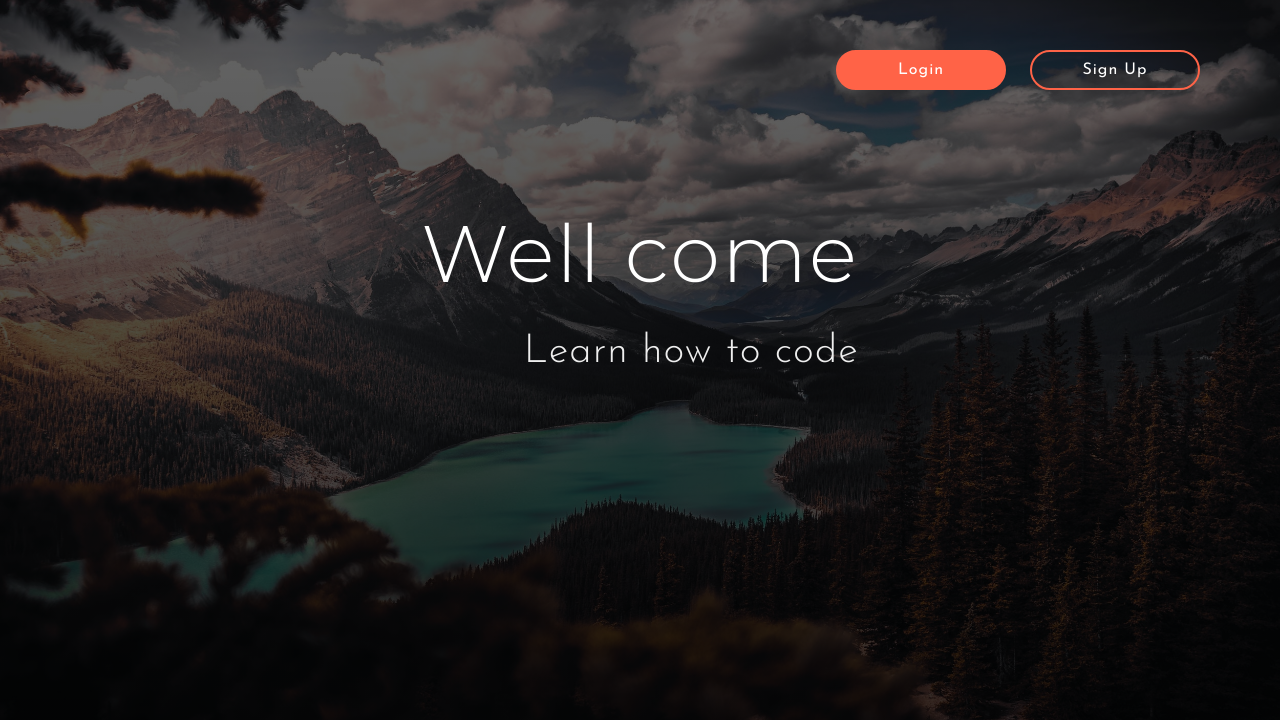
Repository: motamedipour2022/javascript_project
Page: model_form1/index.html
An editor plug-in stored every save of this project. The page is shown before and after a run of saves, followed by the edit.
The browser window is 1280 px wide. The pictures show the whole page.
Some web libraries are served in a nearby version.

Above is the page before, as saved 2022-12-20 12:13:15.

### model_form1/index.html
<!DOCTYPE html>
<html lang="en">
  <head>
    <meta charset="UTF-8" />
    <meta name="viewport" content="width=device-width, initial-scale=1.0" />
    <meta http-equiv="X-UA-Compatible" content="ie=edge" />
    <link
      rel="stylesheet"
      href="https://use.fontawesome.com/releases/v5.8.1/css/all.css"
      integrity="sha384-50oBUHEmvpQ+1lW4y57PTFmhCaXp0ML5d60M1M7uH2+nqUivzIebhndOJK28anvf"
      crossorigin="anonymous"
    />
    <link
      href="https://fonts.googleapis.com/css?family=Josefin+Sans:300,400,600|Montserrat:300,400,600"
      rel="stylesheet"
    />
    <link rel="stylesheet" href="style.css" />
    <title>Form</title>
  </head>
  <body>
    <div class="container">
      <div class="banner-text">
        <h1>Well come </h1>
        <p>Learn how to code</p>
      </div>
      <div class="btns">
        <button class="btn login-btn">Login</button>
        <button class="btn signup-btn">Sign Up</button>
      </div>
      <div class="form-container">
        <div class="signup-form-wrapper modal">
          <div class="x-btn signup-x">
            &times;
          </div>
          <div class="form-header">
            <h1>CodeAndCreate</h1>
            <h3>Join Us</h3>
          </div>
          <form class="form">
            <div class="input-group">
              <i class="fas fa-user"></i>
              <input type="text" placeholder="Username" />
            </div>
            <div class="input-group">
              <i class="far fa-envelope"></i>
              <input type="email" placeholder="Email" />
            </div>
            <div class="input-group">
              <i class="fas fa-key"></i>
              <input type="password" placeholder="Password" />
            </div>
            <button type="button">Sign Up</button>
          </form>
        </div>
        <div class="login-form-wrapper modal">
          <div class="x-btn login-x">
            &times;
          </div>
          <div class="form-header">
            <h1>CodeAndCreate</h1>
            <h3>Login</h3>
          </div>
          <form class="form">
            <div class="input-group">
              <i class="fas fa-user"></i>
              <input type="text" placeholder="Username" />
            </div>
            <div class="input-group">
              <i class="fas fa-key"></i>
              <input type="password" placeholder="Password" />
            </div>
            <button type="button">Login</button>
          </form>
        </div>
      </div>
    </div>
    <script src="script.js"></script>
  </body>
</html>

### model_form1/style.css
* {
  margin: 0;
  padding: 0;
}

.container {
  width: 100%;
  height: 100vh;
  background: linear-gradient(rgba(0, 0, 0, 0.6), rgba(0, 0, 0, 0.8)),
    url(images/bg.jpg) center no-repeat;
  background-size: cover;
}

.banner-text {
  position: absolute;
  top: 40%;
  left: 50%;
  transform: translate(-50%, -50%);
}

.banner-text h1 {
  color: #fff;
  font-family: "Montserrat", sans-serif;
  font-size: 80px;
  font-weight: 300;
  letter-spacing: 2px;
  margin-bottom: 30px;
}

.banner-text p {
  color: #eee;
  font-family: "Josefin sans", sans-serif;
  font-size: 40px;
  font-weight: 300;
  letter-spacing: 1px;
  text-align: right;
}

.btns {
  position: absolute;
  top: 50px;
  right: 60px;
}

.btn {
  width: 170px;
  padding: 10px 15px;
  margin-right: 20px;
  border-radius: 50px;
  font-family: "Josefin Sans", sans-serif;
  font-size: 16px;
  letter-spacing: 1px;
  outline: none;
  cursor: pointer;
  color: #fff;
  border: 2px solid tomato;
  transition: transform 0.3s;
}

.login-btn {
  background-color: tomato;
}

.signup-btn {
  background-color: transparent;
}

.btn:hover {
  transform: translateY(-2px);
}

.btn:active {
  transform: translateY(0);
}

.form-container {
  position: fixed;
  background-color: rgba(0, 0, 0, 0.7);
  top: 0;
  right: 0;
  bottom: 0;
  left: 0;
  opacity: 0;
  visibility: hidden;
  transition: all 0.5s;
}

.disable {
  opacity: 1;
  visibility: visible;
}

.modal {
  width: 400px;
  background: linear-gradient(rgba(148, 42, 42, 0.8), rgba(185, 129, 129, 0.6)),
    url(images/bg.jpg) center no-repeat;
  background-size: cover;
  position: absolute;
  top: 50%;
  left: 50%;
  transform: translate(-50%, -50%);
  border-radius: 20px;
  opacity: 0;
  visibility: hidden;
  transition: all 0.5s;
}

.display {
  opacity: 1;
  visibility: visible;
}

.x-btn {
  position: absolute;
  right: 20px;
  font-size: 50px;
  color: #222;
  cursor: pointer;
}

.form-header {
  text-align: center;
  margin: 80px 0 150px 0;
  color: #fff;
}

.form-header h1 {
  font-family: "Josefin Sans", sans-serif;
  font-size: 40px;
  font-weight: 300;
  margin-bottom: 30px;
}

.form-header h3 {
  font-family: "Montserrat", sans-serif;
  font-size: 25px;
  font-weight: 300;
  text-transform: uppercase;
}

.form {
  display: flex;
  flex-direction: column;
  align-items: center;
}

.input-group {
  margin-bottom: 10px;
  position: relative;
}

.input-group input {
  width: 250px;
  padding: 15px 15px 15px 50px;
  border: none;
  outline: none;
  border-radius: 30px;
  background: rgba(0, 0, 0, 0.6);
  font-family: "Josefin Sans", sans-serif;
  font-size: 16px;
  color: #ddd;
}

.input-group i {
  position: absolute;
  top: 13px;
  left: 17px;
  font-size: 18px;
  color: #aaa;
}

.form button {
  width: 310px;
  padding: 12px;
  border: none;
  outline: none;
  border-radius: 30px;
  background-color: #d867d8;
  color: #fff;
  font-family: "Josefin Sans", sans-serif;
  font-size: 16px;
  text-transform: uppercase;
  margin: 10px 0 50px 0;
  box-shadow: 0 5px 20px rgba(0, 0, 0, 0.4);
  cursor: pointer;
  transition: all 0.3s;
}

.form button:hover {
  transform: translateY(-2px);
  box-shadow: 0 8px 25px rgba(0, 0, 0, 0.3);
}
.form button:active {
  transform: translateY(0);
}

### model_form1/script.js
const signupModal = document.querySelector(".signup-form-wrapper");
const loginModal = document.querySelector(".login-form-wrapper");
const signupBtn = document.querySelector(".signup-btn");
const loginBtn = document.querySelector(".login-btn");
const signupX = document.querySelector(".signup-x");
const loginX = document.querySelector(".login-x");
const formContainer = document.querySelector(".form-container");

signupBtn.addEventListener("click", () => {
  signupModal.classList.add("display");
  formContainer.classList.add("disable");
});

loginBtn.addEventListener("click", () => {
  loginModal.classList.add("display");
  formContainer.classList.add("disable");
});

signupX.addEventListener("click", () => {
  signupModal.classList.remove("display");
  formContainer.classList.remove("disable");
});

loginX.addEventListener("click", () => {
  loginModal.classList.remove("display");
  formContainer.classList.remove("disable");
});

After the next 2 saves:
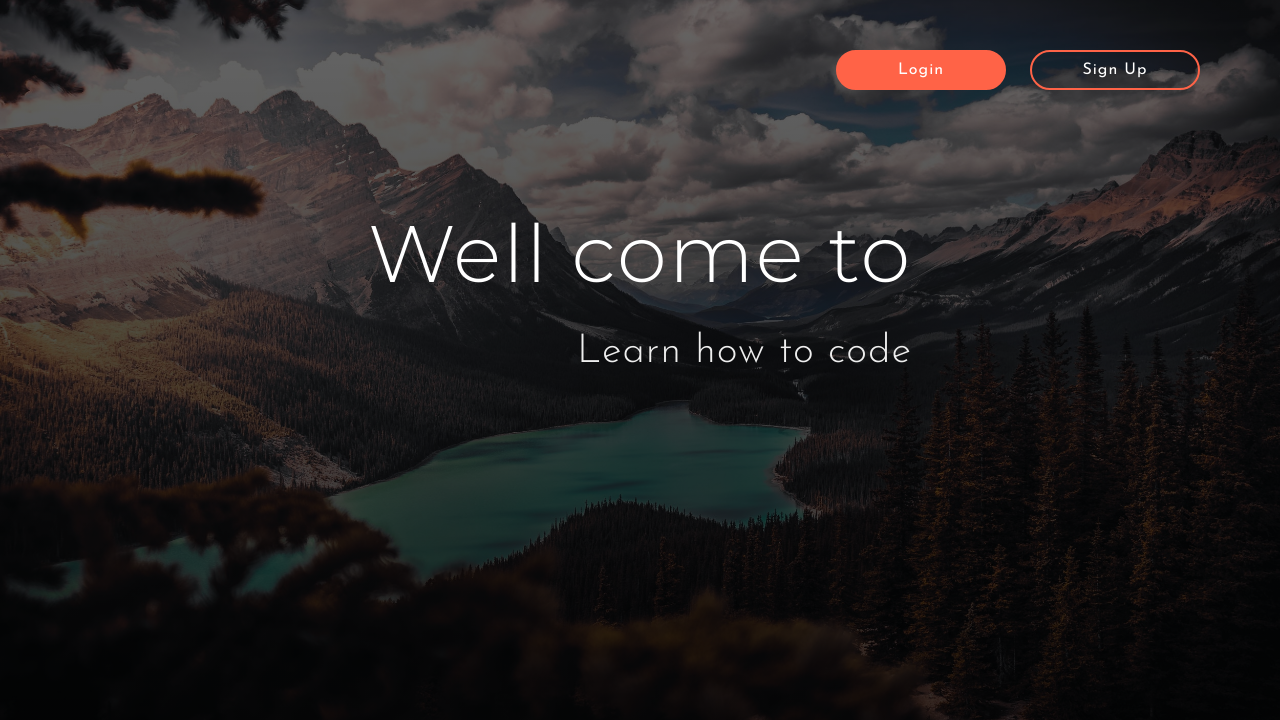
The 2 saves are shown as one change because they came seconds apart.
The last was saved 8 s later.
--- a/model_form1/index.html
+++ b/model_form1/index.html
@@ -20,7 +20,7 @@
   <body>
     <div class="container">
       <div class="banner-text">
-        <h1>Well come </h1>
+        <h1>Well come to</h1>
         <p>Learn how to code</p>
       </div>
       <div class="btns">

After the save that followed:
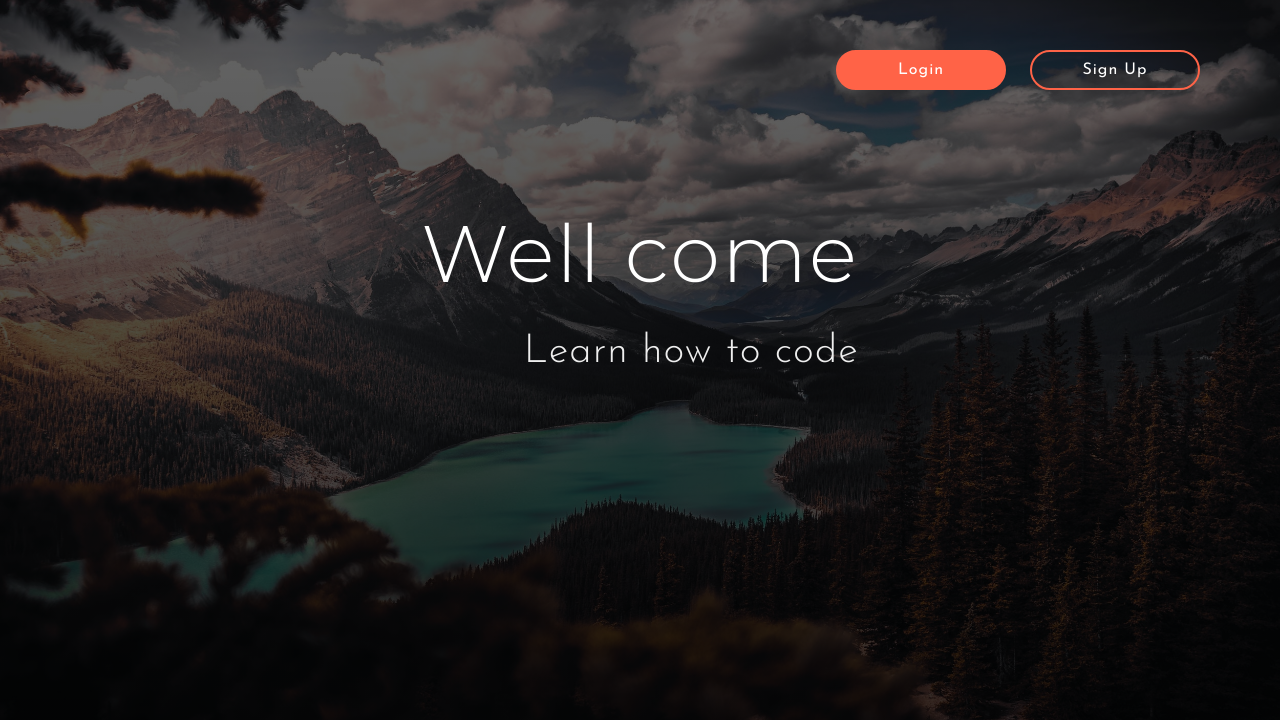
Saved 7 s later.
--- a/model_form1/index.html
+++ b/model_form1/index.html
@@ -20,7 +20,7 @@
   <body>
     <div class="container">
       <div class="banner-text">
-        <h1>Well come to</h1>
+        <h1>Well come </h1>
         <p>Learn how to code</p>
       </div>
       <div class="btns">
